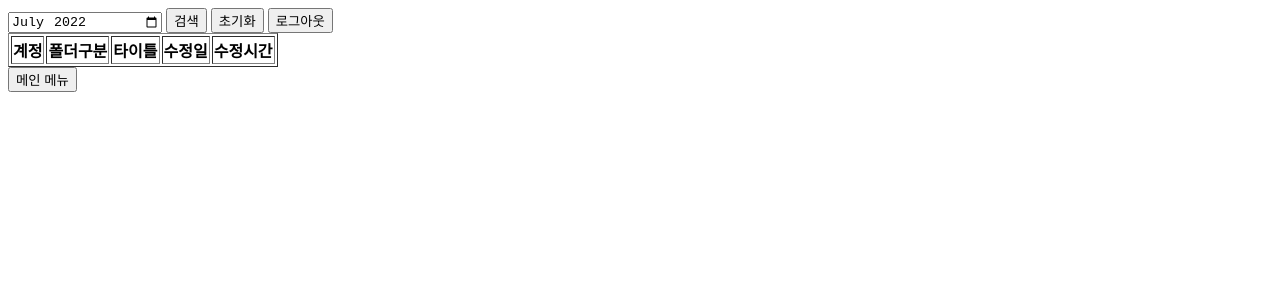
Repository: Rysdne/01_Java
Page: http://localhost/WildcatTest/list/listAll.jsp
These files come from the project's save history. The page is drawn as it stood at one moment and after the next save; the edit follows.
The browser window is 1280 px wide. The pictures show the whole page.
The page is served by Tomcat 9. Queries for data that is not in the repository find no rows.

Above is the page before, as saved 2022-07-15 03:31:05.

After the next save:
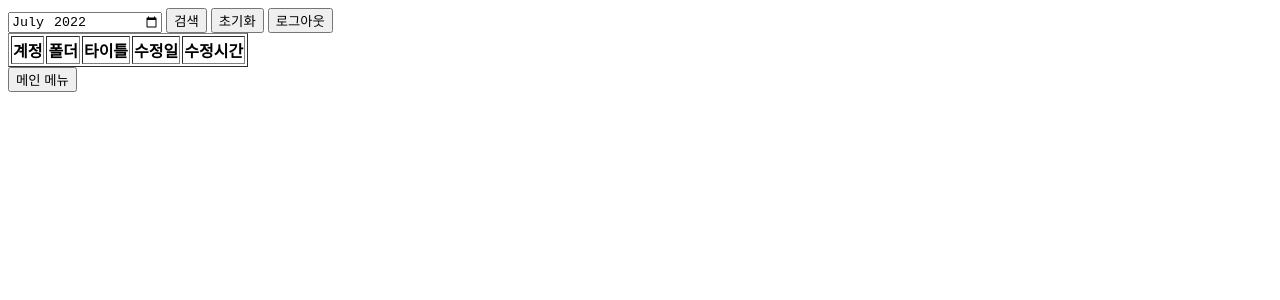
Saved 38 s later.
--- a/WildcatTest/src/main/webapp/list/listAll.jsp
+++ b/WildcatTest/src/main/webapp/list/listAll.jsp
@@ -79,7 +79,7 @@ a {
 		<tr class="idxHidden">
 			<th>idx</th>
 			<th>계정</th>
-			<th>폴더구분</th>
+			<th>폴더</th>
 			<th>타이틀</th>
 			<th>수정일</th>
 			<th>수정시간</th>
